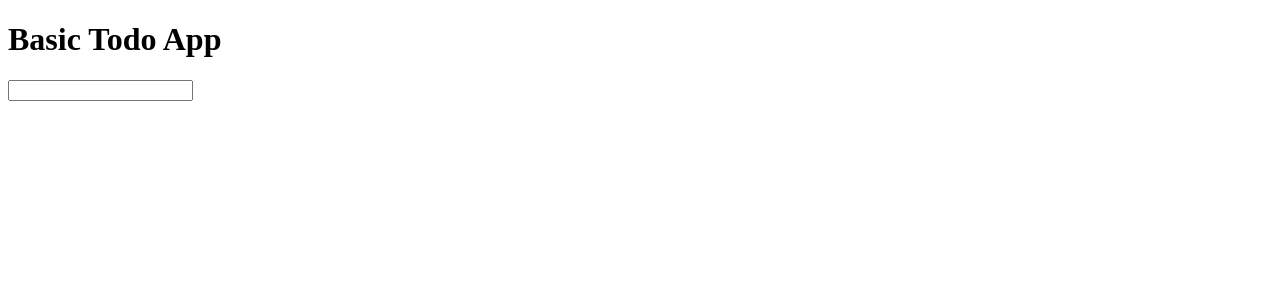
Repository: Kayla-amr/dgm_3760
Page: todoTemplate-W2/index.html
These files come from the project's save history. The page is drawn as it stood at one moment and after the next save; the edit follows.
The browser window is 1280 px wide. The pictures show the whole page.

Above is the page before, as saved 2022-10-05 13:33:12.

### todoTemplate-W2/index.html
<!DOCTYPE html>
<html lang="en">
<head>
  <meta charset="UTF-8">
  <meta http-equiv="X-UA-Compatible" content="IE=edge">
  <meta name="viewport" content="width=device-width, initial-scale=1.0">
  <title>Basic Todo App</title>
</head>
<body>
  <div class="myApp"></div>
</body>
<script src="./src/index.js"></script>
</html>

### todoTemplate-W2/src/index.js
let toDo = [
	{
		id: 1,
		name: 'Choose photography theme',
		category: 'Homework',
		due_date: 'Tomorrow',
		status: true
	},
	{
		id: 2,
		name: 'Organize music',
		category: 'Chores',
		due_date: 'Wednesday',
		status: false
	}
];


let myApp = document.querySelector('.myApp')

let appTitle = document.createElement ('h1')
appTitle.textContent = 'Basic Todo App'

// view todos

let newTask = document.createElement('input')
newTask.textContent = 'New task'
//add todos
// let addTask = document.createElement('input');
// addTask.type = 'new task';
// addTask.className = 'newTodo'; // set the CSS class
// container.appendChild(addTask);
//edit todos

//delete todo

//show number of todos left

//clear all to





myApp.appendChild(appTitle);
myApp.appendChild(newTask)

After the next save:
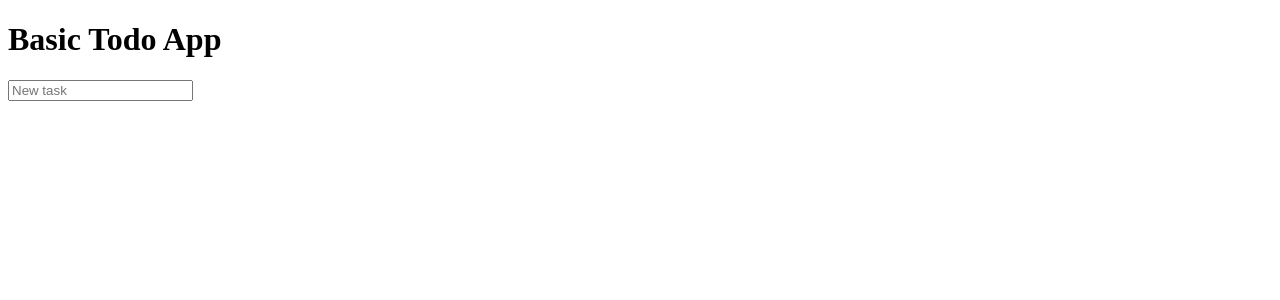
Saved 16 s later.
--- a/todoTemplate-W2/src/index.js
+++ b/todoTemplate-W2/src/index.js
@@ -24,7 +24,7 @@ appTitle.textContent = 'Basic Todo App'
 // view todos
 
 let newTask = document.createElement('input')
-newTask.textContent = 'New task'
+newTask.placeholder = 'New task'
 //add todos
 // let addTask = document.createElement('input');
 // addTask.type = 'new task';
